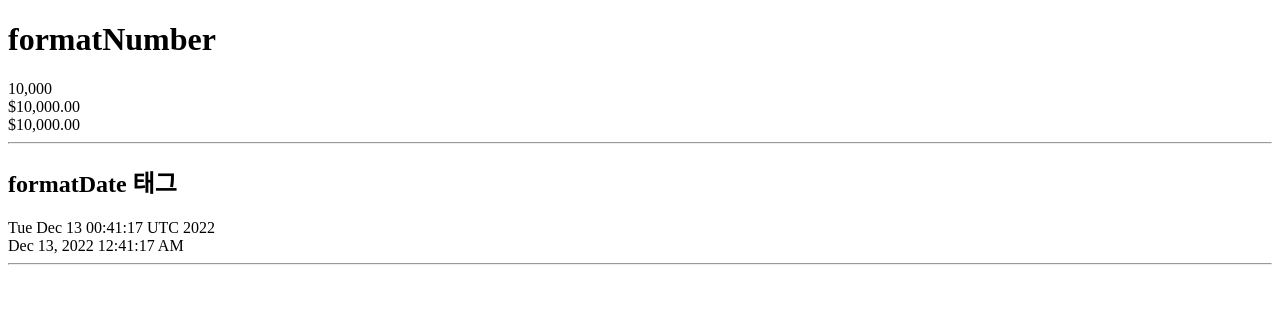
Repository: juhee1020/studying
Page: http://localhost/jsp01_basic/jsp10_jstl/jsp07_format_02.jsp
These files come from the project's save history. The page is drawn as it stood at one moment and after the next save; the edit follows.
The browser window is 1280 px wide. The pictures show the whole page.
The page is served by Tomcat 9.

Above is the page before, as saved 2022-12-14 04:13:07.

After the next save:
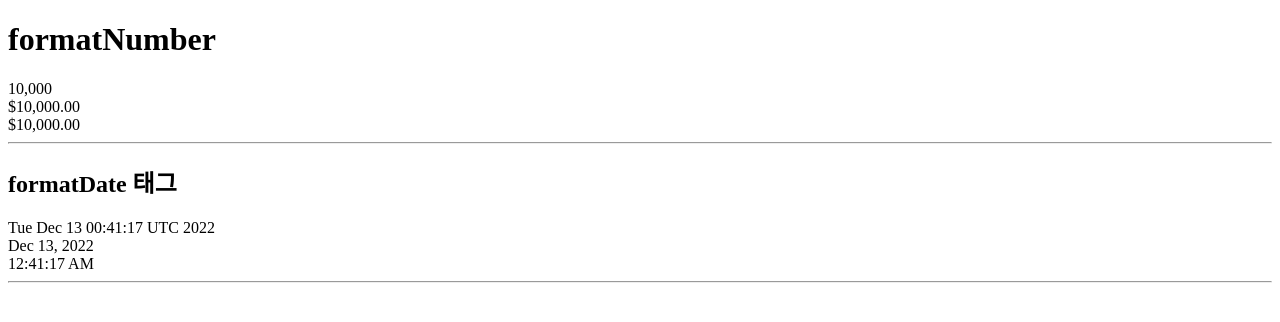
Saved 35 s later.
--- a/JSP/jsp01_basic/WebContent/jsp10_jstl/jsp07_format_02.jsp
+++ b/JSP/jsp01_basic/WebContent/jsp10_jstl/jsp07_format_02.jsp
@@ -17,7 +17,7 @@
 	<h2>formatDate 태그</h2>
 	<c:set var="now" value="<%= new java.util.Date() %>"/>
 	${now}<br>
-	<fmt:formatDate value="${now}" type="date"/>
+	<fmt:formatDate value="${now}" type="date"/><br>
 	<fmt:formatDate value="${now}" type="time"/>
 	<hr>
 </body>
